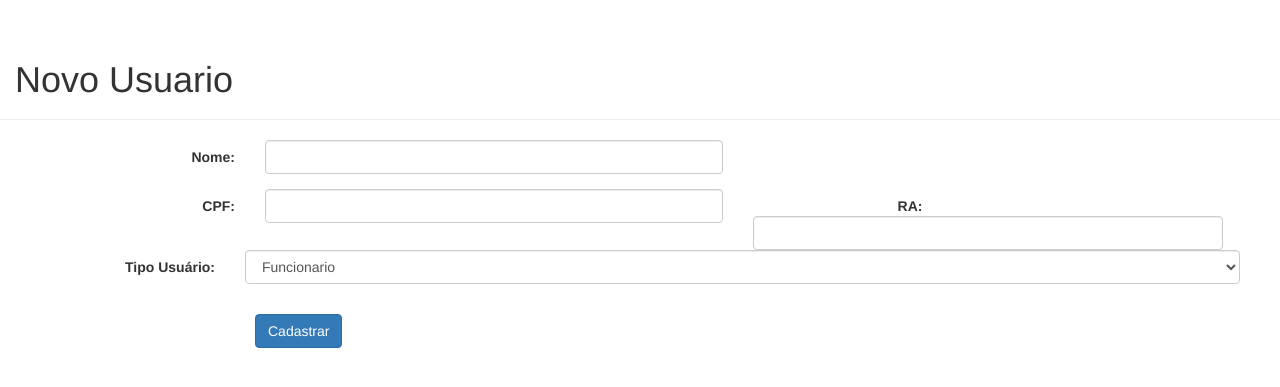
Repository: stefanyco/biblioteca
Page: http://localhost/Biblioteca/usuarioAdicionar.jsp
These files come from the project's save history. The page is drawn as it stood at one moment and after the next save; the edit follows.
The browser window is 1280 px wide. The pictures show the whole page.
The page is served by Tomcat 9. Other server files are loaded and not shown.

Above is the page before, as saved 2016-11-06 22:11:40.

### Sistema Biblioteca/Biblioteca/WebContent/usuarioAdicionar.jsp
<%@ page language="java" contentType="text/html; charset=ISO-8859-1"
	pageEncoding="ISO-8859-1"%>
<!DOCTYPE html PUBLIC "-//W3C//DTD HTML 4.01 Transitional//EN" "http://www.w3.org/TR/html4/loose.dtd">
<html>
<head>
<meta http-equiv="Content-Type" content="text/html; charset=ISO-8859-1">
<link href="bootstrap.min.css" rel="stylesheet">
<title>*** Novo Usuario ***</title>
</head>
<body>
	<div class="page-header col-md-12">
		<h1>Novo Usuario</h1>
	</div>
	<div class="container">
		<div class="row">
			<div class="col-xs-12">
				<form action="usuario?acao=cadastrar" class="form-horizontal" method="post">

					<div class="form-group">
						<label for="nome" class="col-xs-2 control-label">Nome:</label>
						<div class="col-xs-5">
							<input type="text" class="form-control" name="nome" required maxlength="50">
						</div>
					</div>
					<div class="form-group">
						<label for="cpf" class="col-xs-2 control-label">CPF:</label>
						<div class="col-xs-5">
							<input type="text" class="form-control" name="cpf" required maxlength="50">
					</div>
					<div class="form-group">
						<label for="ra" class="col-xs-2 control-label">RA:</label>
						<div class="col-xs-5">
							<input type="text" class="form-control" name="ra" required maxlength="50">
					</div>
					<div class="form-group">
							<label class="col-xs-2 control-label">Tipo Usuário:</label>
							<div class="col-xs-10">
								<select class="form-control" name="tipoUsuario">
									<option value="Funcionario">Funcionario</option>
									<option value="Aluno">Aluno</option>
									<option value="Professor">Professor</option>
								</select>
							</div>
						</div>
					</div>
					<div class="form-group">
						<div class="col-xs-offset-2 col-xs-10">
							<button type="submit" class="btn btn-primary">Cadastrar</button>
						</div>
					</div>
				</form>
			</div>
		</div>
	</div>
</body>
</html>

Loaded but not shown: Sistema Biblioteca/Biblioteca/WebContent/bootstrap.min.css (library)

After the next save:
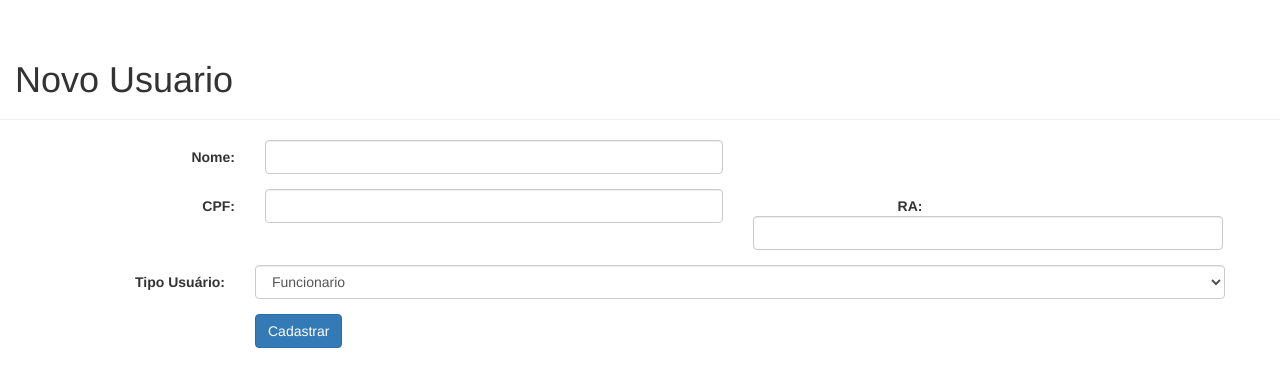
Saved 29 s later.
--- a/Sistema Biblioteca/Biblioteca/WebContent/usuarioAdicionar.jsp
+++ b/Sistema Biblioteca/Biblioteca/WebContent/usuarioAdicionar.jsp
@@ -32,6 +32,7 @@
 						<div class="col-xs-5">
 							<input type="text" class="form-control" name="ra" required maxlength="50">
 					</div>
+					</div>
 					<div class="form-group">
 							<label class="col-xs-2 control-label">Tipo Usuário:</label>
 							<div class="col-xs-10">
@@ -42,7 +43,7 @@
 								</select>
 							</div>
 						</div>
-					</div>
+
 					<div class="form-group">
 						<div class="col-xs-offset-2 col-xs-10">
 							<button type="submit" class="btn btn-primary">Cadastrar</button>
